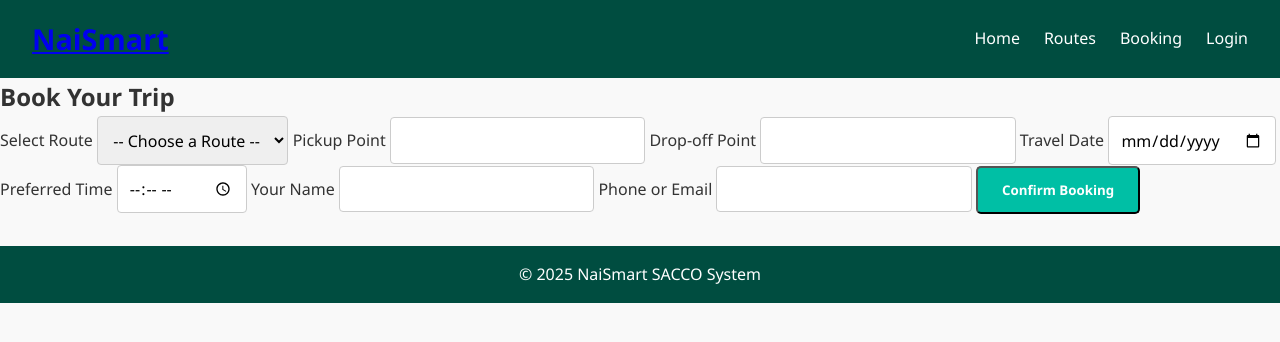
Repository: Ndegwa2/sacco
Page: Client./Booking.html
These files come from the project's save history. The page is drawn as it stood at one moment and after the next save; the edit follows.
The browser window is 1280 px wide. The pictures show the whole page.

Above is the page before, as saved 2025-06-10 10:46:54.

After the next save:
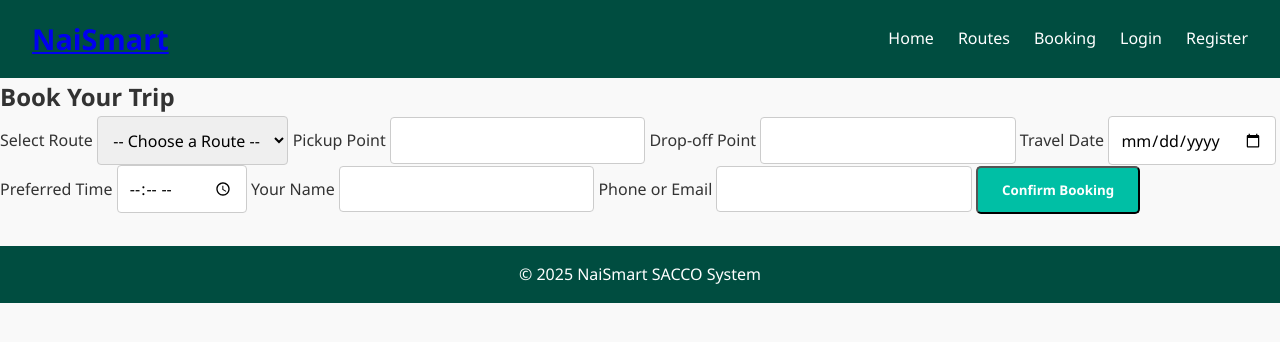
Saved 17 s later.
--- a/Client./Booking.html
+++ b/Client./Booking.html
@@ -12,10 +12,11 @@
     <nav>
       <h1 class="logo"><a href="/">NaiSmart</a></h1>
       <ul>
-        <li><a href="/">Home</a></li>
-        <li><a href="/routes">Routes</a></li>
-        <li><a href="/booking">Booking</a></li>
-        <li><a href="/login">Login</a></li>
+        <li><a href="index.html">Home</a></li>
+        <li><a href="routes.html">Routes</a></li>
+        <li><a href="Booking.html">Booking</a></li>
+        <li><a href="login.html">Login</a></li>
+        <li><a href="register.html">Register</a></li>
       </ul>
     </nav>
   </header>
